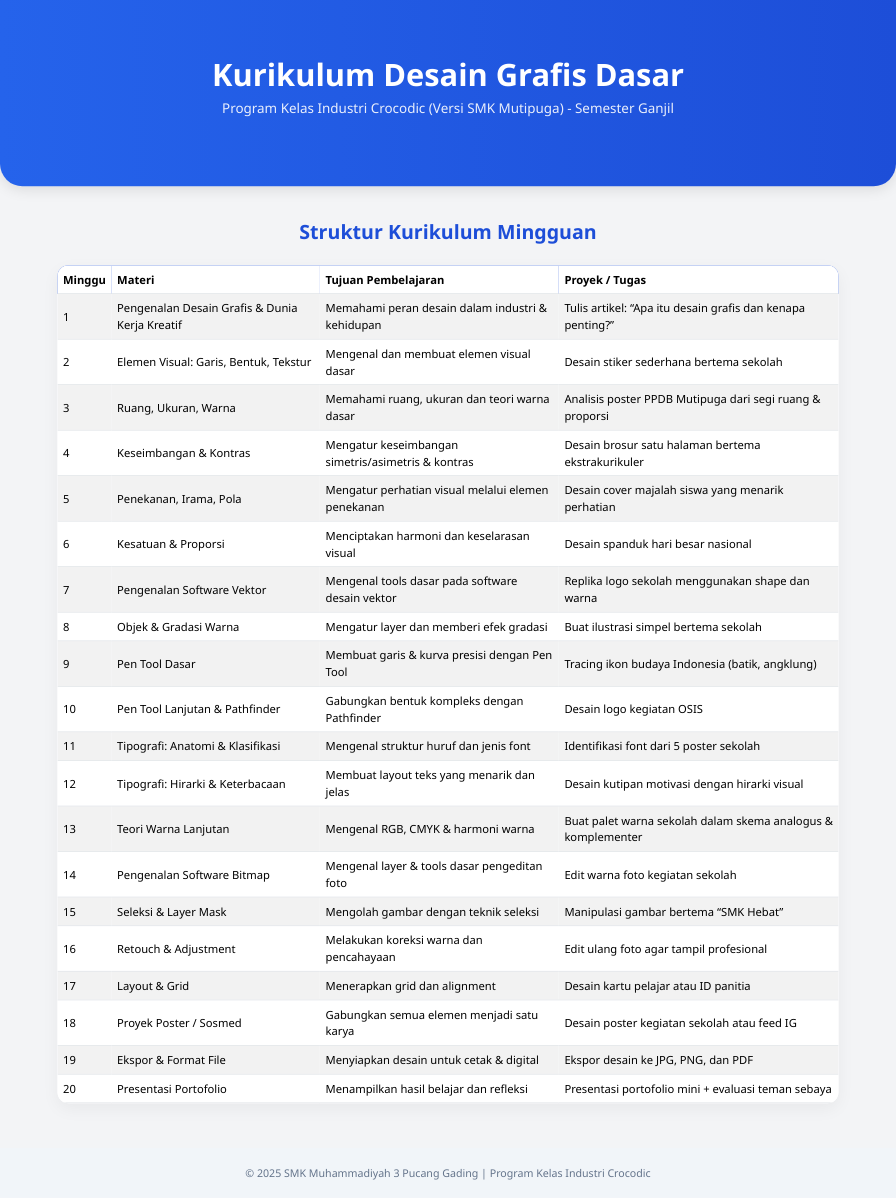
Repository: ppdbsmkmutipuga/kurikulumdesain
Page: index.html
The author's editor kept a copy of each file at every save. The page is drawn from the files as they stood at one save, then again after the next save.
The browser window is 1280 px wide. The pictures show the part of the page from y = 0 to 1920 px (the page is 1711 px tall before and 2891 px after), at 70% of full size.

Above is the page before, as saved 2025-07-01 03:56:09.

### index.html
<!-- index.html -->
<!DOCTYPE html>
<html lang="id">

<head>
    <meta charset="UTF-8" />
    <meta name="viewport" content="width=device-width, initial-scale=1.0" />
    <title>Kurikulum Desain Grafis - SMK Mutipuga</title>
    <link href="https://cdn.jsdelivr.net/npm/bootstrap@5.3.3/dist/css/bootstrap.min.css" rel="stylesheet" />
    <link href="style.css" rel="stylesheet" />
</head>

<body>

    <!-- Hero Section -->
    <section class="hero">
        <div class="container">
            <h1>Kurikulum Desain Grafis Dasar</h1>
            <p>Program Kelas Industri Crocodic (Versi SMK Mutipuga) - Semester Ganjil</p>
        </div>
    </section>


    <!-- Table Section -->
    <section class="container my-5">
        <h2 class="section-title">Struktur Kurikulum Mingguan</h2>
        <div class="table-container">
            <div class="table-responsive">
                <table class="table table-striped table-hover align-middle mb-0" id="kurikulumTable">
                    <thead>
                        <tr>
                            <th scope="col">Minggu</th>
                            <th scope="col">Materi</th>
                            <th scope="col">Tujuan Pembelajaran</th>
                            <th scope="col">Proyek / Tugas</th>
                        </tr>
                    </thead>
                    <tbody>
                        <tr>
                            <td>1</td>
                            <td>Pengenalan Desain Grafis & Dunia Kerja Kreatif</td>
                            <td>Memahami peran desain dalam industri & kehidupan</td>
                            <td>Tulis artikel: “Apa itu desain grafis dan kenapa penting?”</td>
                        </tr>
                        <tr>
                            <td>2</td>
                            <td>Elemen Visual: Garis, Bentuk, Tekstur</td>
                            <td>Mengenal dan membuat elemen visual dasar</td>
                            <td>Desain stiker sederhana bertema sekolah</td>
                        </tr>
                        <tr>
                            <td>3</td>
                            <td>Ruang, Ukuran, Warna</td>
                            <td>Memahami ruang, ukuran dan teori warna dasar</td>
                            <td>Analisis poster PPDB Mutipuga dari segi ruang & proporsi</td>
                        </tr>
                        <tr>
                            <td>4</td>
                            <td>Keseimbangan & Kontras</td>
                            <td>Mengatur keseimbangan simetris/asimetris & kontras</td>
                            <td>Desain brosur satu halaman bertema ekstrakurikuler</td>
                        </tr>
                        <tr>
                            <td>5</td>
                            <td>Penekanan, Irama, Pola</td>
                            <td>Mengatur perhatian visual melalui elemen penekanan</td>
                            <td>Desain cover majalah siswa yang menarik perhatian</td>
                        </tr>
                        <tr>
                            <td>6</td>
                            <td>Kesatuan & Proporsi</td>
                            <td>Menciptakan harmoni dan keselarasan visual</td>
                            <td>Desain spanduk hari besar nasional</td>
                        </tr>
                        <tr>
                            <td>7</td>
                            <td>Pengenalan Software Vektor</td>
                            <td>Mengenal tools dasar pada software desain vektor</td>
                            <td>Replika logo sekolah menggunakan shape dan warna</td>
                        </tr>
                        <tr>
                            <td>8</td>
                            <td>Objek & Gradasi Warna</td>
                            <td>Mengatur layer dan memberi efek gradasi</td>
                            <td>Buat ilustrasi simpel bertema sekolah</td>
                        </tr>
                        <tr>
                            <td>9</td>
                            <td>Pen Tool Dasar</td>
                            <td>Membuat garis & kurva presisi dengan Pen Tool</td>
                            <td>Tracing ikon budaya Indonesia (batik, angklung)</td>
                        </tr>
                        <tr>
                            <td>10</td>
                            <td>Pen Tool Lanjutan & Pathfinder</td>
                            <td>Gabungkan bentuk kompleks dengan Pathfinder</td>
                            <td>Desain logo kegiatan OSIS</td>
                        </tr>
                        <tr>
                            <td>11</td>
                            <td>Tipografi: Anatomi & Klasifikasi</td>
                            <td>Mengenal struktur huruf dan jenis font</td>
                            <td>Identifikasi font dari 5 poster sekolah</td>
                        </tr>
                        <tr>
                            <td>12</td>
                            <td>Tipografi: Hirarki & Keterbacaan</td>
                            <td>Membuat layout teks yang menarik dan jelas</td>
                            <td>Desain kutipan motivasi dengan hirarki visual</td>
                        </tr>
                        <tr>
                            <td>13</td>
                            <td>Teori Warna Lanjutan</td>
                            <td>Mengenal RGB, CMYK & harmoni warna</td>
                            <td>Buat palet warna sekolah dalam skema analogus & komplementer</td>
                        </tr>
                        <tr>
                            <td>14</td>
                            <td>Pengenalan Software Bitmap</td>
                            <td>Mengenal layer & tools dasar pengeditan foto</td>
                            <td>Edit warna foto kegiatan sekolah</td>
                        </tr>
                        <tr>
                            <td>15</td>
                            <td>Seleksi & Layer Mask</td>
                            <td>Mengolah gambar dengan teknik seleksi</td>
                            <td>Manipulasi gambar bertema “SMK Hebat”</td>
                        </tr>
                        <tr>
                            <td>16</td>
                            <td>Retouch & Adjustment</td>
                            <td>Melakukan koreksi warna dan pencahayaan</td>
                            <td>Edit ulang foto agar tampil profesional</td>
                        </tr>
                        <tr>
                            <td>17</td>
                            <td>Layout & Grid</td>
                            <td>Menerapkan grid dan alignment</td>
                            <td>Desain kartu pelajar atau ID panitia</td>
                        </tr>
                        <tr>
                            <td>18</td>
                            <td>Proyek Poster / Sosmed</td>
                            <td>Gabungkan semua elemen menjadi satu karya</td>
                            <td>Desain poster kegiatan sekolah atau feed IG</td>
                        </tr>
                        <tr>
                            <td>19</td>
                            <td>Ekspor & Format File</td>
                            <td>Menyiapkan desain untuk cetak & digital</td>
                            <td>Ekspor desain ke JPG, PNG, dan PDF</td>
                        </tr>
                        <tr>
                            <td>20</td>
                            <td>Presentasi Portofolio</td>
                            <td>Menampilkan hasil belajar dan refleksi</td>
                            <td>Presentasi portofolio mini + evaluasi teman sebaya</td>
                        </tr>
                    </tbody>
                </table>
            </div>
    </section>


    <!-- Footer -->
    <footer>
        &copy; 2025 SMK Muhammadiyah 3 Pucang Gading | Program Kelas Industri Crocodic
    </footer>

    <script src="https://cdn.jsdelivr.net/npm/bootstrap@5.3.3/dist/js/bootstrap.bundle.min.js"></script>
    <script src="script.js"></script>
</body>

</html>

### style.css
body {
  font-family: 'Segoe UI', sans-serif;
  background-color: #f3f4f6;
  color: #1f2937;
}

.hero {
  background: linear-gradient(to right, #2563eb, #1d4ed8);
  color: white;
  padding: 80px 0;
  text-align: center;
  border-bottom-left-radius: 2rem;
  border-bottom-right-radius: 2rem;
  box-shadow: 0 5px 20px rgba(0, 0, 0, 0.1);
}

.hero h1 {
  font-size: 2.75rem;
  font-weight: 700;
}

.hero p {
  font-size: 1.2rem;
  opacity: 0.9;
}

.section-title {
  margin-top: 3rem;
  margin-bottom: 2rem;
  font-weight: 600;
  font-size: 1.75rem;
  text-align: center;
  color: #1d4ed8;
}

.table-container {
  border-radius: 1rem;
  overflow: hidden;
  box-shadow: 0 8px 24px rgba(0, 0, 0, 0.05);
  background-color: white;
}

thead {
  background-color: #1d4ed8;
  color: white;
}

.table-striped tbody tr:nth-of-type(odd) {
  background-color: #f9fafb;
}

footer {
  background-color: #f1f5f9;
  text-align: center;
  padding: 1.5rem 0;
  margin-top: 4rem;
  font-size: 0.95rem;
  color: #64748b;
}

### script.js
// script.js
document.addEventListener('DOMContentLoaded', () => {
    const rows = document.querySelectorAll('#kurikulumTable tbody tr');

    rows.forEach(row => {
        row.addEventListener('mouseover', () => {
            row.style.backgroundColor = '#e0f2fe';
        });
        row.addEventListener('mouseout', () => {
            row.style.backgroundColor = '';
        });
    });
});

After the next save:
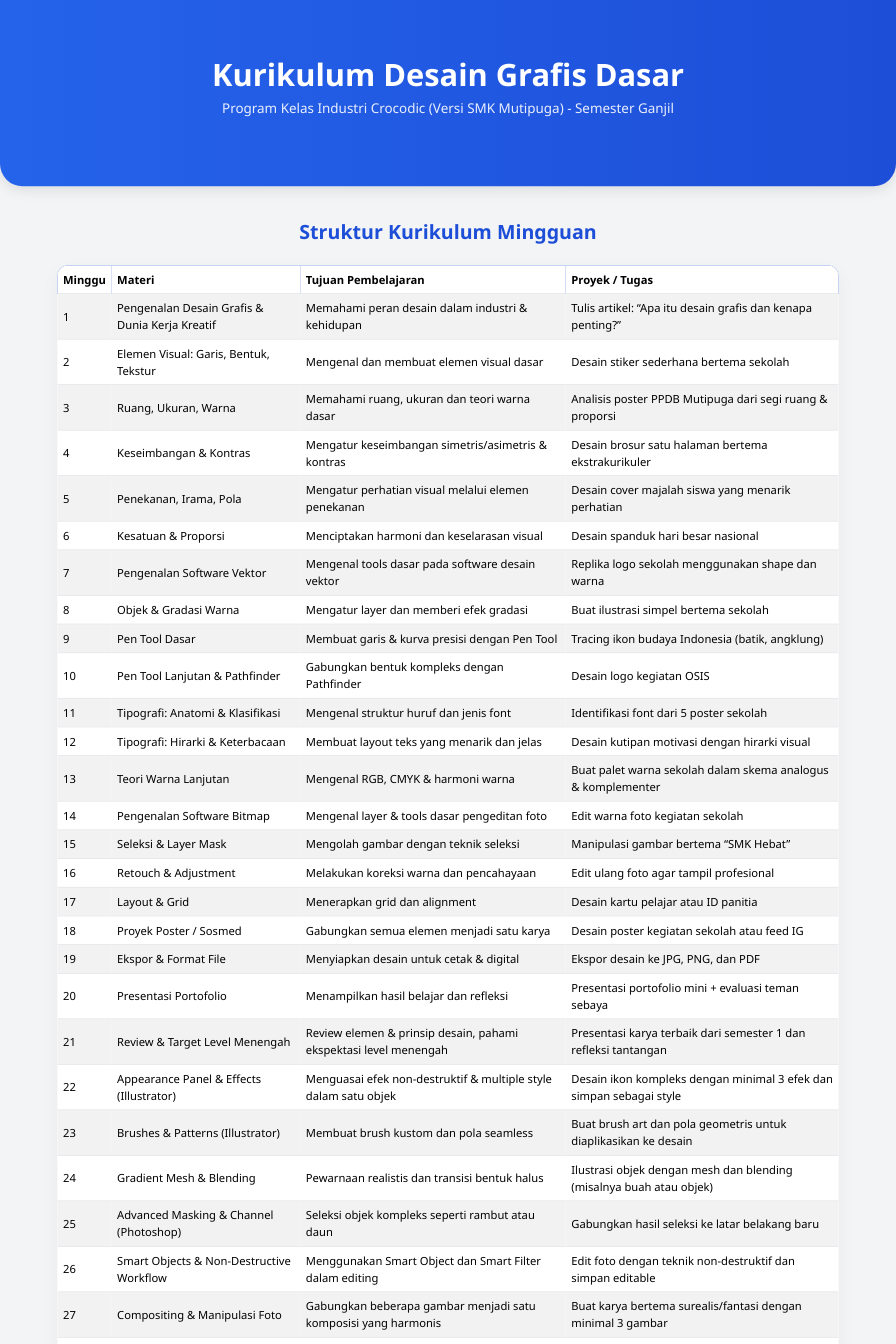
Saved 3 min 1 s later.
--- a/index.html
+++ b/index.html
@@ -156,6 +156,127 @@
                             <td>Menampilkan hasil belajar dan refleksi</td>
                             <td>Presentasi portofolio mini + evaluasi teman sebaya</td>
                         </tr>
+                        <tr>
+                            <td>21</td>
+                            <td>Review & Target Level Menengah</td>
+                            <td>Review elemen & prinsip desain, pahami ekspektasi level menengah</td>
+                            <td>Presentasi karya terbaik dari semester 1 dan refleksi tantangan</td>
+                        </tr>
+                        <tr>
+                            <td>22</td>
+                            <td>Appearance Panel & Effects (Illustrator)</td>
+                            <td>Menguasai efek non-destruktif & multiple style dalam satu objek</td>
+                            <td>Desain ikon kompleks dengan minimal 3 efek dan simpan sebagai style</td>
+                        </tr>
+                        <tr>
+                            <td>23</td>
+                            <td>Brushes & Patterns (Illustrator)</td>
+                            <td>Membuat brush kustom dan pola seamless</td>
+                            <td>Buat brush art dan pola geometris untuk diaplikasikan ke desain</td>
+                        </tr>
+                        <tr>
+                            <td>24</td>
+                            <td>Gradient Mesh & Blending</td>
+                            <td>Pewarnaan realistis dan transisi bentuk halus</td>
+                            <td>Ilustrasi objek dengan mesh dan blending (misalnya buah atau objek)</td>
+                        </tr>
+                        <tr>
+                            <td>25</td>
+                            <td>Advanced Masking & Channel (Photoshop)</td>
+                            <td>Seleksi objek kompleks seperti rambut atau daun</td>
+                            <td>Gabungkan hasil seleksi ke latar belakang baru</td>
+                        </tr>
+                        <tr>
+                            <td>26</td>
+                            <td>Smart Objects & Non-Destructive Workflow</td>
+                            <td>Menggunakan Smart Object dan Smart Filter dalam editing</td>
+                            <td>Edit foto dengan teknik non-destruktif dan simpan editable</td>
+                        </tr>
+                        <tr>
+                            <td>27</td>
+                            <td>Compositing & Manipulasi Foto</td>
+                            <td>Gabungkan beberapa gambar menjadi satu komposisi yang harmonis</td>
+                            <td>Buat karya bertema surealis/fantasi dengan minimal 3 gambar</td>
+                        </tr>
+                        <tr>
+                            <td>28</td>
+                            <td>Font Pairing & Hirarki Tipografi Lanjut</td>
+                            <td>Gunakan kombinasi font yang efektif dan hirarki teks yang kompleks</td>
+                            <td>Desain halaman majalah atau web dengan 3 level teks dan font pairing</td>
+                        </tr>
+                        <tr>
+                            <td>29</td>
+                            <td>Typographic Grid & Readability</td>
+                            <td>Menggunakan grid dan memahami keterbacaan teks panjang</td>
+                            <td>Rancang ulang artikel agar lebih rapi dan nyaman dibaca</td>
+                        </tr>
+                        <tr>
+                            <td>30</td>
+                            <td>Psikologi Warna & Palet Kustom</td>
+                            <td>Pahami pengaruh warna terhadap persepsi</td>
+                            <td>Buat 2 palet warna untuk brand fiktif, berikan justifikasi</td>
+                        </tr>
+                        <tr>
+                            <td>31</td>
+                            <td>Logo & Identitas Visual Dasar</td>
+                            <td>Pahami jenis-jenis logo dan elemen visual</td>
+                            <td>Analisis logo UKM lokal dan berikan saran pengembangan</td>
+                        </tr>
+                        <tr>
+                            <td>32</td>
+                            <td>Logo Variasi & Style Guide Dasar</td>
+                            <td>Desain versi logo berbeda dan panduan penggunaannya</td>
+                            <td>Buat minimal 3 versi logo + 1 halaman style guide sederhana</td>
+                        </tr>
+                        <tr>
+                            <td>33</td>
+                            <td>InDesign: Master Pages</td>
+                            <td>Mengenal interface dan penggunaan master page</td>
+                            <td>Desain dokumen 4 halaman dengan elemen tetap (nomor, header)</td>
+                        </tr>
+                        <tr>
+                            <td>34</td>
+                            <td>InDesign: Styles & Text Flow</td>
+                            <td>Membuat paragraph styles dan mengatur aliran teks</td>
+                            <td>Desain artikel dummy dengan text threading dan paragraph styles</td>
+                        </tr>
+                        <tr>
+                            <td>35</td>
+                            <td>UI/UX Design Principles</td>
+                            <td>Memahami prinsip dasar usability dan perbedaan UI/UX</td>
+                            <td>Analisis aplikasi populer dan evaluasi prinsip usability-nya</td>
+                        </tr>
+                        <tr>
+                            <td>36</td>
+                            <td>Desain Elemen UI Dasar</td>
+                            <td>Desain tombol, form, dan komponen lain dengan berbagai state</td>
+                            <td>Buat set UI: tombol, form, card dengan tampilan konsisten</td>
+                        </tr>
+                        <tr>
+                            <td>37</td>
+                            <td>Brief, Riset & Moodboard</td>
+                            <td>Menganalisis brief dan membuat visual moodboard</td>
+                            <td>Buat moodboard untuk proyek branding fiktif</td>
+                        </tr>
+                        <tr>
+                            <td>38</td>
+                            <td>Proyek Integratif</td>
+                            <td>Menggabungkan semua skill dalam satu proyek besar</td>
+                            <td>Lanjutkan proyek branding/brosur/UI berdasarkan brief</td>
+                        </tr>
+                        <tr>
+                            <td>39</td>
+                            <td>Print & Web Optimization</td>
+                            <td>Optimalkan file desain untuk cetak dan web</td>
+                            <td>Ekspor proyek ke versi cetak (PDF) dan digital (JPG/PNG)</td>
+                        </tr>
+                        <tr>
+                            <td>40</td>
+                            <td>Portfolio Review & Karir</td>
+                            <td>Review proyek akhir dan diskusi karir desain</td>
+                            <td>Presentasikan proyek akhir + 3–5 karya untuk portofolio mini</td>
+                        </tr>
+
                     </tbody>
                 </table>
             </div>
